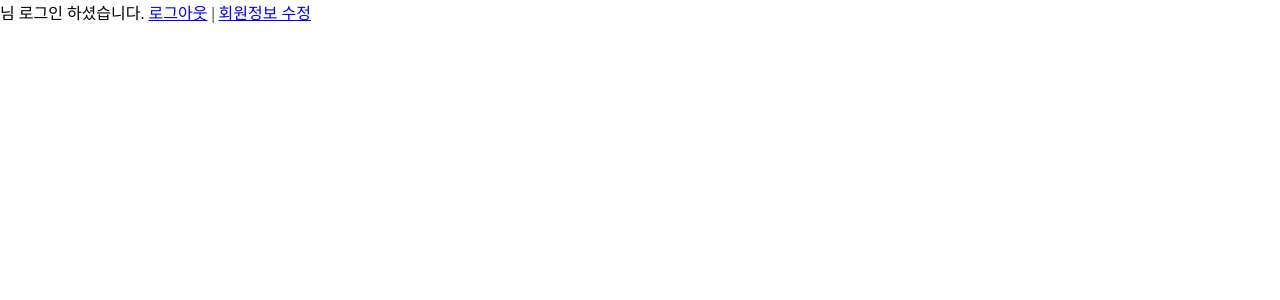
Repository: cdnwell/Jsp
Page: http://localhost/MemberProject/main.jsp
These files come from the project's save history. The page is drawn as it stood at one moment and after the next save; the edit follows.
The browser window is 1280 px wide. The pictures show the whole page.
The page is served by Tomcat 9. Other server files are loaded and not shown.

Above is the page before, as saved 2022-07-05 07:04:33.

### MemberProject/src/main/webapp/main.jsp
<%@ page language="java" contentType="text/html; charset=UTF-8"
    pageEncoding="UTF-8"%>
<!DOCTYPE html>
<html>
<head>
<meta charset="UTF-8">
<title>Insert title here</title>
<style>
	*{
		margin : 0;
		padding : 0;
	}

	.container{
		width : 1200px;
		display : flex;
		flex-direction : column;
	}
</style>
</head>
<body>
	<div class="container">
		<header>
			<div>
				${sessionScope.dto.name }님 로그인 하셨습니다.
				<a href="logout.do">로그아웃</a> |
				<a href="#">회원정보 수정</a>
			</div>
		</header>
	</div>
</body>
</html>

After the next save:
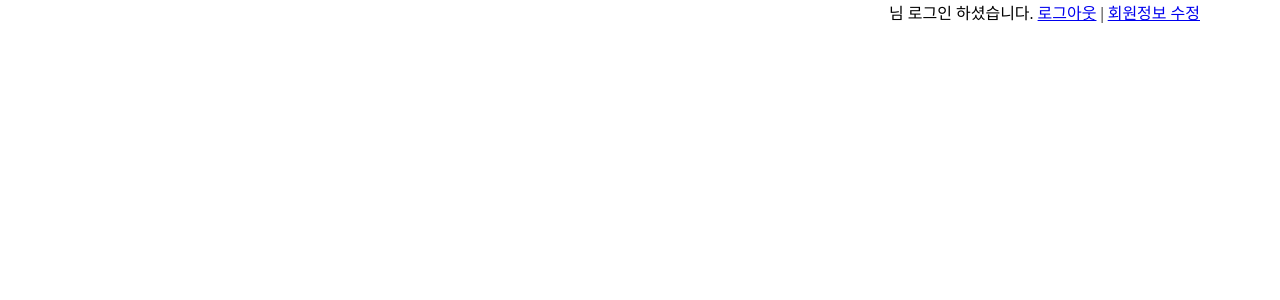
Saved 46 s later.
--- a/MemberProject/src/main/webapp/main.jsp
+++ b/MemberProject/src/main/webapp/main.jsp
@@ -16,15 +16,24 @@
 		display : flex;
 		flex-direction : column;
 	}
+
+	header{
+		text-align : right;
+	}
+
+	.profile{
+		display : inline-block;
+		text-align : left;
+	}
+
 </style>
 </head>
 <body>
 	<div class="container">
 		<header>
-			<div>
+			<div class="profile">
 				${sessionScope.dto.name }님 로그인 하셨습니다.
-				<a href="logout.do">로그아웃</a> |
-				<a href="#">회원정보 수정</a>
+				<a href="logout.do">로그아웃</a> | <a href="#">회원정보 수정</a>
 			</div>
 		</header>
 	</div>
